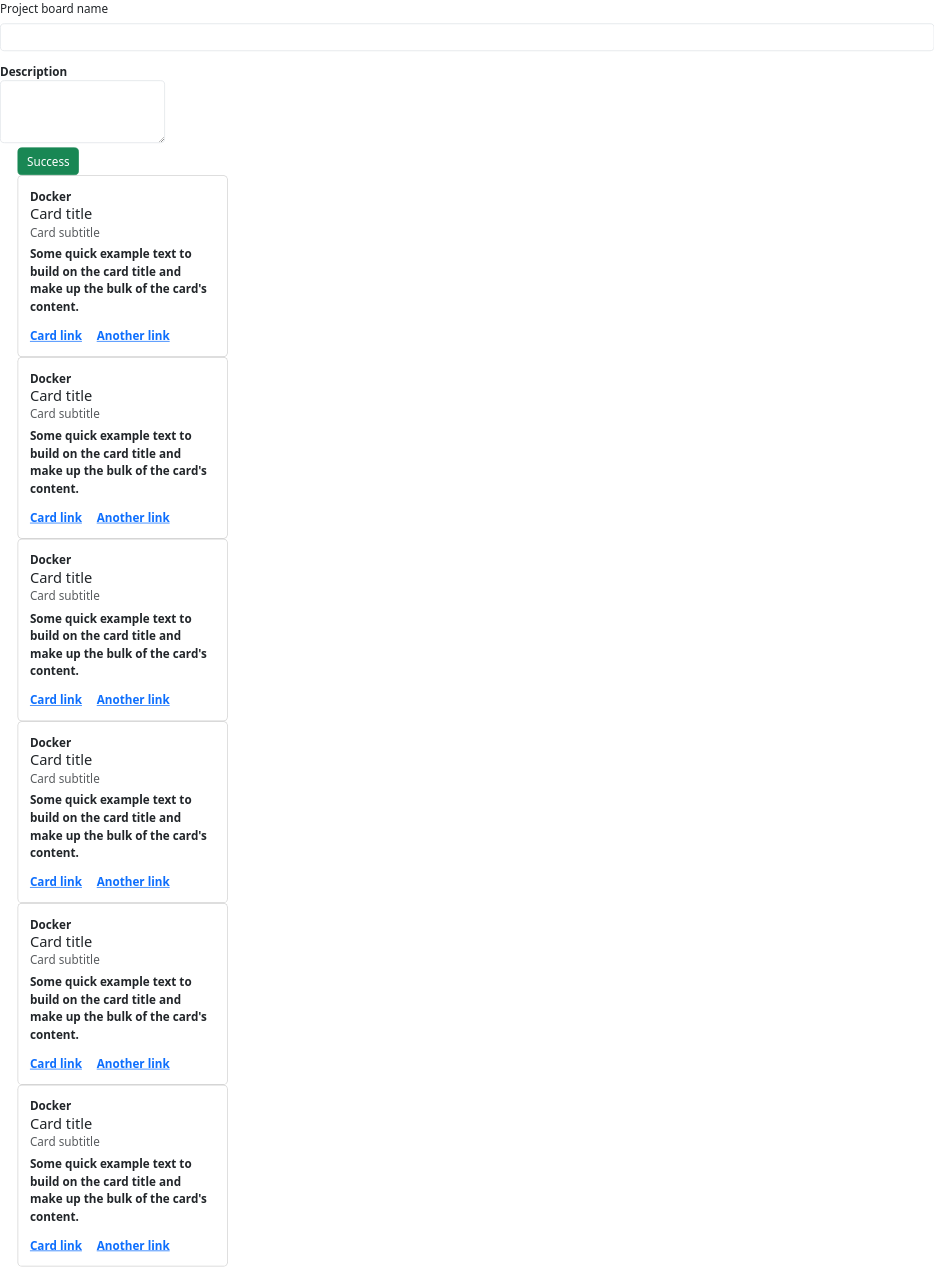
Repository: NSS-Evening-25-Cohort/e25-gitsub-control-alt-defeat
Page: index.html
These files come from the project's save history. The page is drawn as it stood at one moment and after the next save; the edit follows.
The browser window is 1280 px wide. The pictures show the whole page, at 73% of full size.

Above is the page before, as saved 2023-11-06 21:17:04.

After the next save:
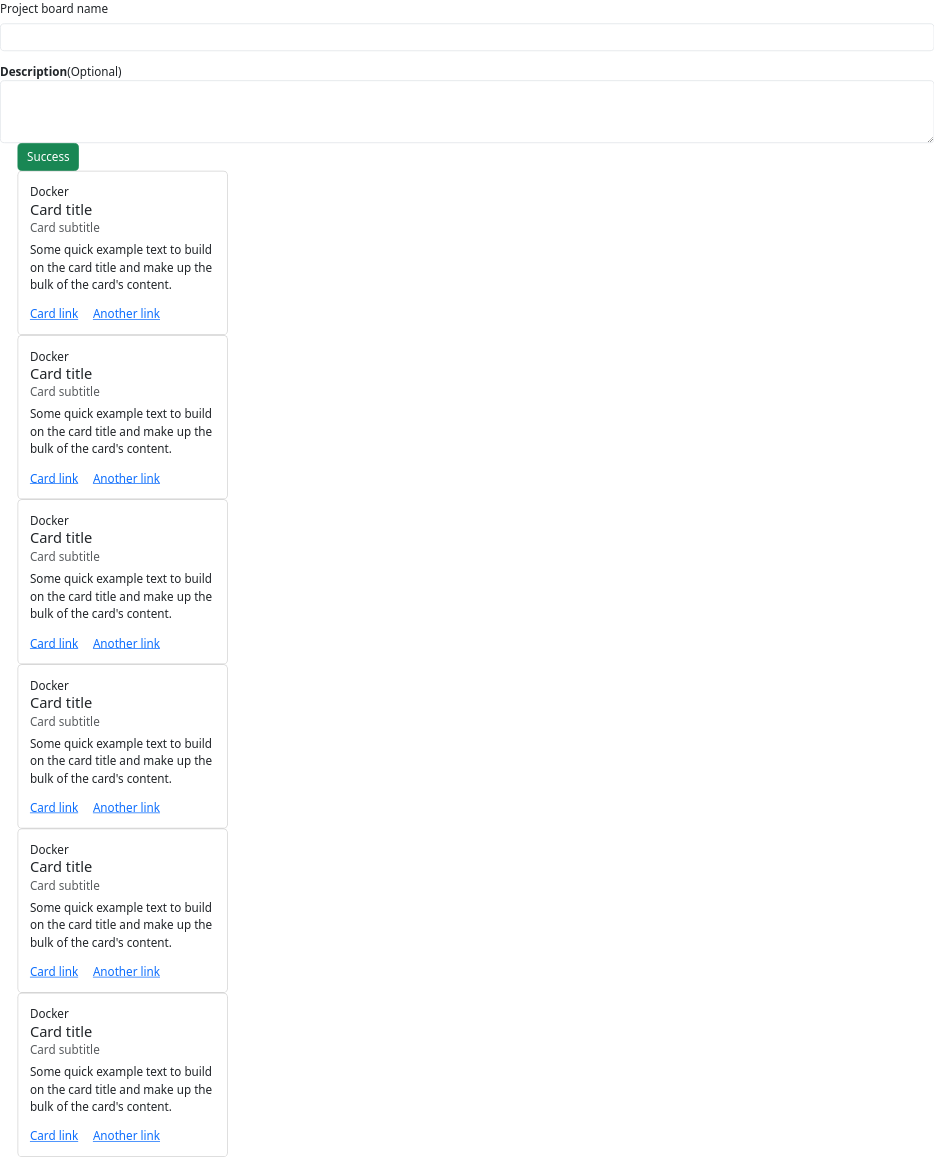
Saved 19 s later.
--- a/index.html
+++ b/index.html
@@ -17,7 +17,7 @@
         <input type="email" class="form-control" id="exampleInputEmail1" aria-describedby="emailHelp">
       </div>
       <div class="form-group">
-        <label for="exampleFormControlTextarea1"><B>Description</B(optional)</label>
+        <label for="exampleFormControlTextarea1"><B>Description</B>(Optional)</label>
         <textarea class="form-control" id="exampleFormControlTextarea1" rows="3"></textarea>
       </div>
       </div>
